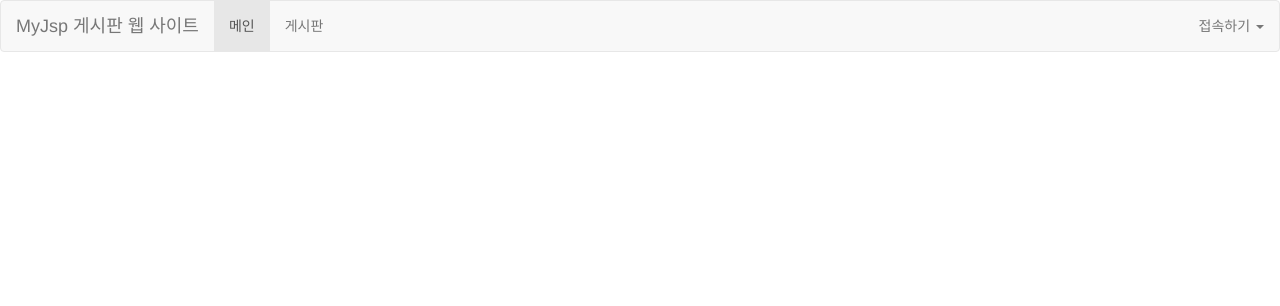
Repository: Ji3un/JspBoard
Page: http://localhost/BBS/main.jsp
These files come from the project's save history. The page is drawn as it stood at one moment and after the next save; the edit follows.
The browser window is 1280 px wide. The pictures show the whole page.
Some web libraries are served in a nearby version. The page is served by Tomcat 9.

Above is the page before, as saved 2017-10-03 16:03:28.

After the next save:
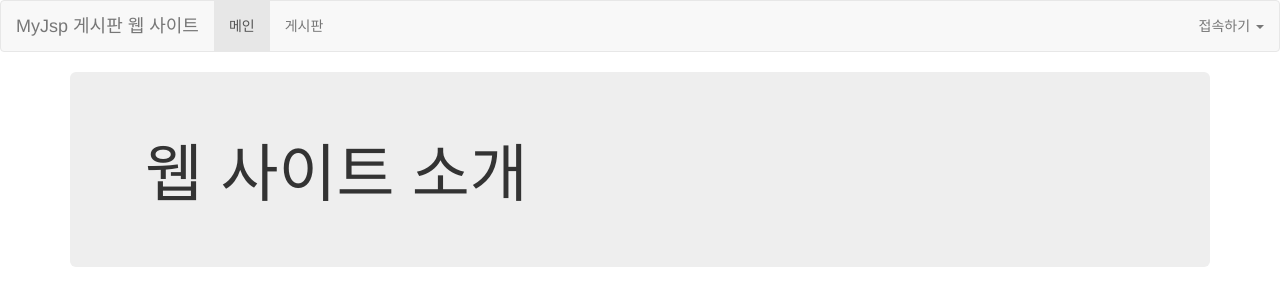
Saved 2 min 33 s later.
--- a/BBS/WebContent/main.jsp
+++ b/BBS/WebContent/main.jsp
@@ -62,6 +62,13 @@
 			%>
 		</div>
 	</nav>
+	<div class="container">
+		<div class="jumbotron">
+			<div class="container">
+				<h1>웹 사이트 소개</h1>
+			</div>
+		</div>
+	</div>
 	<script src="https://code.jquery.com/jquery-3.2.1.min.js"></script>
 	<script src="js/bootstrap.js"></script>
 </body>
